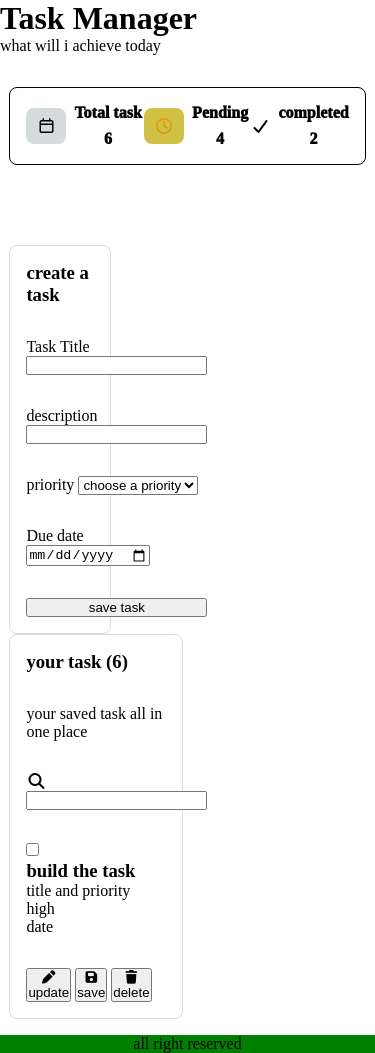
Repository: XDENTERTAINMENT/task-manager-groupwork
Page: index.html
The author's editor kept a copy of each file at every save. The page is drawn from the files as they stood at one save, then again after the next save.
The browser window is 375 px wide. The pictures show the whole page.

Above is the page before, as saved 2026-10-26 20:18:48.

### index.html
<!doctype html>
<html lang="en">
  <head>
    <meta charset="UTF-8" />
    <meta name="viewport" content="width=device-width, initial-scale=1.0" />
    <title>Personal-Task-Manager</title>
    <link
      rel="stylesheet"
      href="https://cdnjs.cloudflare.com/ajax/libs/font-awesome/7.3.1/css/all.min.css"
      integrity="sha512-QeR2VH+lsBE5LSAe1Q5EnTBbe7XTBubt8dG93Y7gidSgdMCr8nVqKcfKAMyN96SV8KDbZVTDXChatu5G2KQGzg=="
      crossorigin="anonymous"
      referrerpolicy="no-referrer"
    />
    <link rel="stylesheet" href="style.css" />
  </head>
  <body>
    <header>
      <h1>Task Manager</h1>
      <p>what will i achieve today</p>
    </header>
    <!-- the main -->
    <main>
      <section class="section1">
        <div>
          <div class="icon1"><i class="fa-regular fa-calendar"></i></div>
          <div class="section-1-child">
            <p>Total task</p>
            <p id="total-task">6</p>
          </div>
        </div>

        <div>
          <div class="icon2"><i class="fa-regular fa-clock"></i></div>
          <div class="section-1-child">
            <p>Pending</p>
            <p id="pending-task">4</p>
          </div>
        </div>

        <div>
          <div class="icon3"><i class="fa-solid fa-check"></i></div>
          <div class="section-1-child">
            <p>completed</p>
            <p id="completed-task">2</p>
          </div>
        </div>
      </section>

      <!-- section 2 -->
      <section class="section2">
        <!-- the create task section -->
        <div class="create-tax">
          <h3>create a task</h3>

          <form action="submit">
            <label for="title">
              Task Title
              <input type="text" id="title-input" />
            </label>

            <label for="description">
              description
              <input type="text" id="description-input" />
            </label>

            <label for="priority">
              priority
              <select name="" id="">
                <option value="">choose a priority</option>
                <option value="">High</option>
                <option value="">Medium</option>
                <option value="">low</option>
              </select>
            </label>

            <label for="date">
              Due date
              <input type="date" />
            </label>

            <button class="form-button">save task</button>
          </form>
        </div>

        <!-- task mapping -->

        <div class="task-mapping">
          <h3>your task (6)</h3>
          <p>your saved task all in one place</p>
          <div>
            <i class="fa-solid fa-magnifying-glass"></i>
            <input type="search" />
          </div>

          <!-- the card -->
          <div class="card">
            <input type="checkbox" />
            <div>
              <h3>build the task</h3>
              <p>title and priority</p>
              <p id="priority">high</p>
            </div>
            <p>date</p>
          </div>
          <!-- the inline editing -->
          <div>
            <button>
              <div><i class="fa-solid fa-pen"></i></div>
              update
            </button>
            <button class="save">
              <div><i class="fa-solid fa-floppy-disk"></i></div>
              save
            </button>
            <button class="delete">
              <div><i class="fa-solid fa-trash"></i></div>
              delete
            </button>
          </div>
        </div>
      </section>
    </main>

    <!-- the footer -->
    <footer>all right reserved</footer>
  </body>
</html>

### style.css
*{
    margin: 0;
    padding: 0;
    box-sizing: border-box;
}

section{
    width: 95%;
}

main{
    display: flex;
    flex-direction: column;
    align-items: center;
}

.section1{
    display: flex;
    flex-direction: row;
    justify-content: space-between;
    margin-top: 2rem;
    border:   1px solid black ;
    padding: 1rem;
    border-radius: 8px;


}

.section2 {
    display: flex;
    justify-content: space-between;
    margin-top: 5rem;


}

form{
    display: grid;
    gap: 2rem
    ;
}

.task-container{
    display: grid;

}


.task-mapping{
    display: flex;
    flex-direction: column;
    gap: 2rem;
    border:   1px solid gainsboro;
    padding: 1rem;
    border-radius: 8px;
    width: 60%;
}

.create-tax{
display: flex;
    flex-direction: column;
    gap: 2rem;
    border:   1px solid gainsboro ;
    padding: 1rem;
    border-radius: 8px;
    width: 35%;
}

.section1 div {
    display: flex;
    gap: 0.5rem;
    border-radius: 8px;
    font-weight: 1000;
    align-items: center;
}

footer{
    background-color: green;
    margin-top: 1rem;
    text-align: center;
}

.section-1-child{
    display: flex;
    flex-direction: column;
}

.icon1{
    background-color: rgb(213, 218, 220);
    padding: 10px;
}

.icon2 {
    background-color: rgba(196, 176, 20, 0.794);
    color: rgb(226, 150, 9);
    padding: 10px;

}



/* mobile styling */

@media( max-width: 600px){

    .section2{
        display: grid;
    }

 .create-tax{
         width: 100;
 }

 .task-mapping{

 }


}

After the next save:
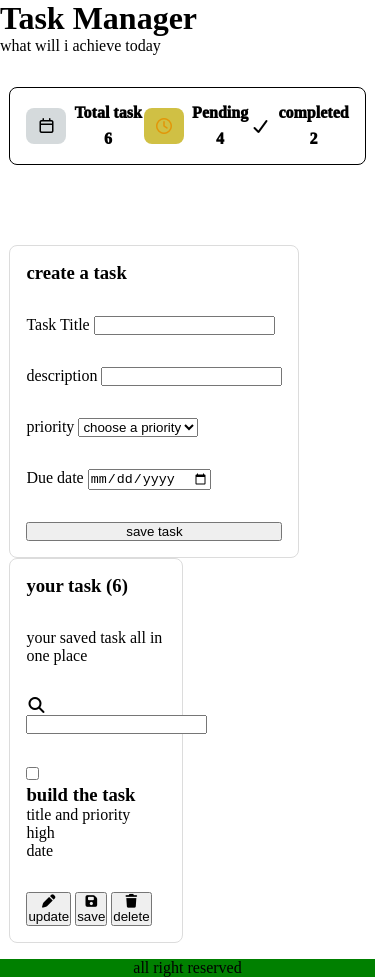
Saved 4 s later.
--- a/style.css
+++ b/style.css
@@ -108,7 +108,7 @@ footer{
     }
 
  .create-tax{
-         width: 100;
+         width: 100%;
  }
 
  .task-mapping{
